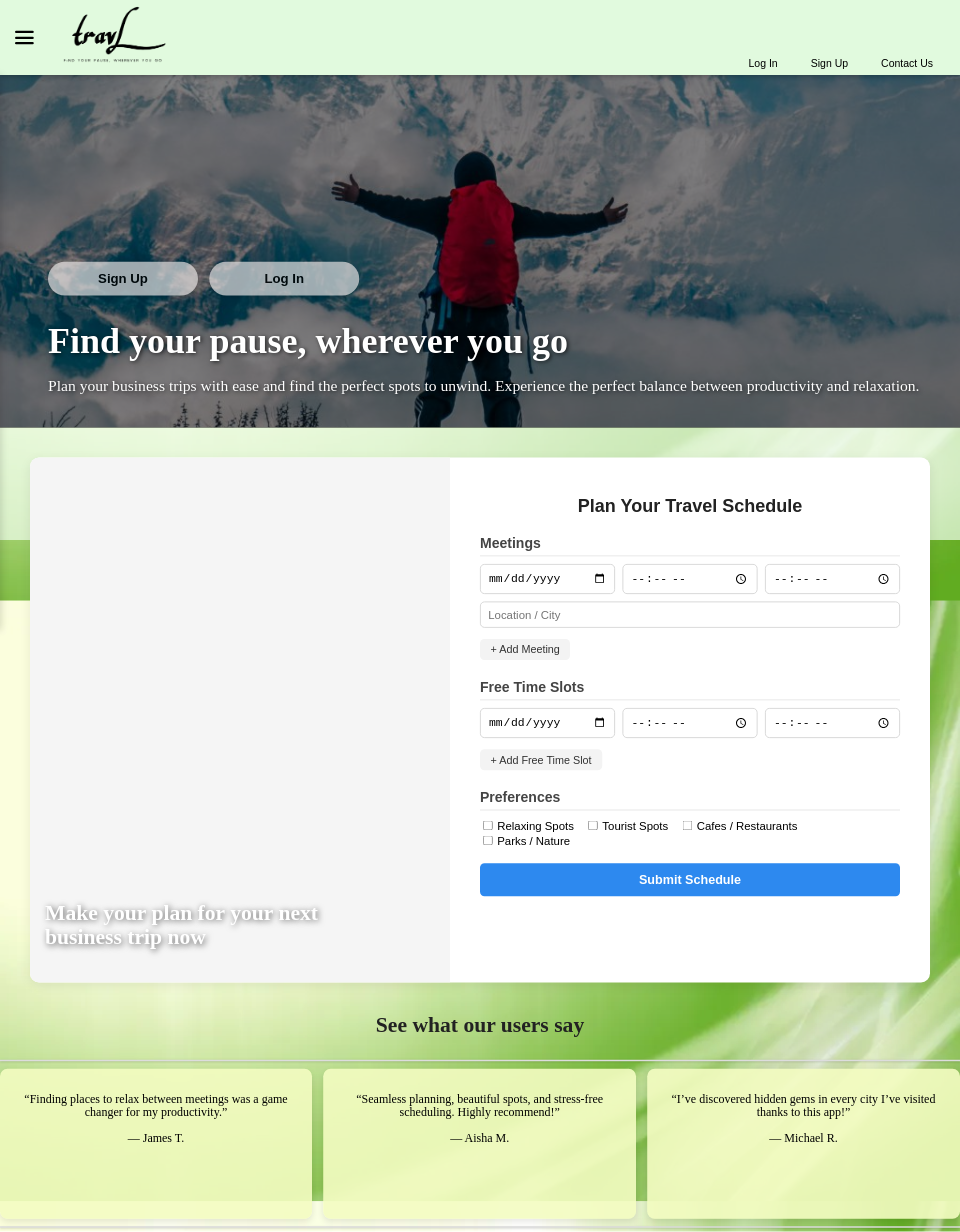
Repository: Nakib-Arman/Javafest25---travL
Page: / (app in Frontend/)
The author's editor kept a copy of each file at every save. The page is drawn from the files as they stood at one save, then again after the next save.
The browser window is 1280 px wide. The pictures show the whole page, at 75% of full size.
Pictures or frames that could not be fetched are drawn as grey boxes. Backgrounds fixed to the window are drawn as part of the page. The project was rebuilt for these pictures with package versions that can differ from the ones it lists, and the page was loaded fresh each time. Also part of the build but not shown: Frontend/vite.config.js.

Above is the page before, as saved 2025-08-14 19:47:01.

After the next save:
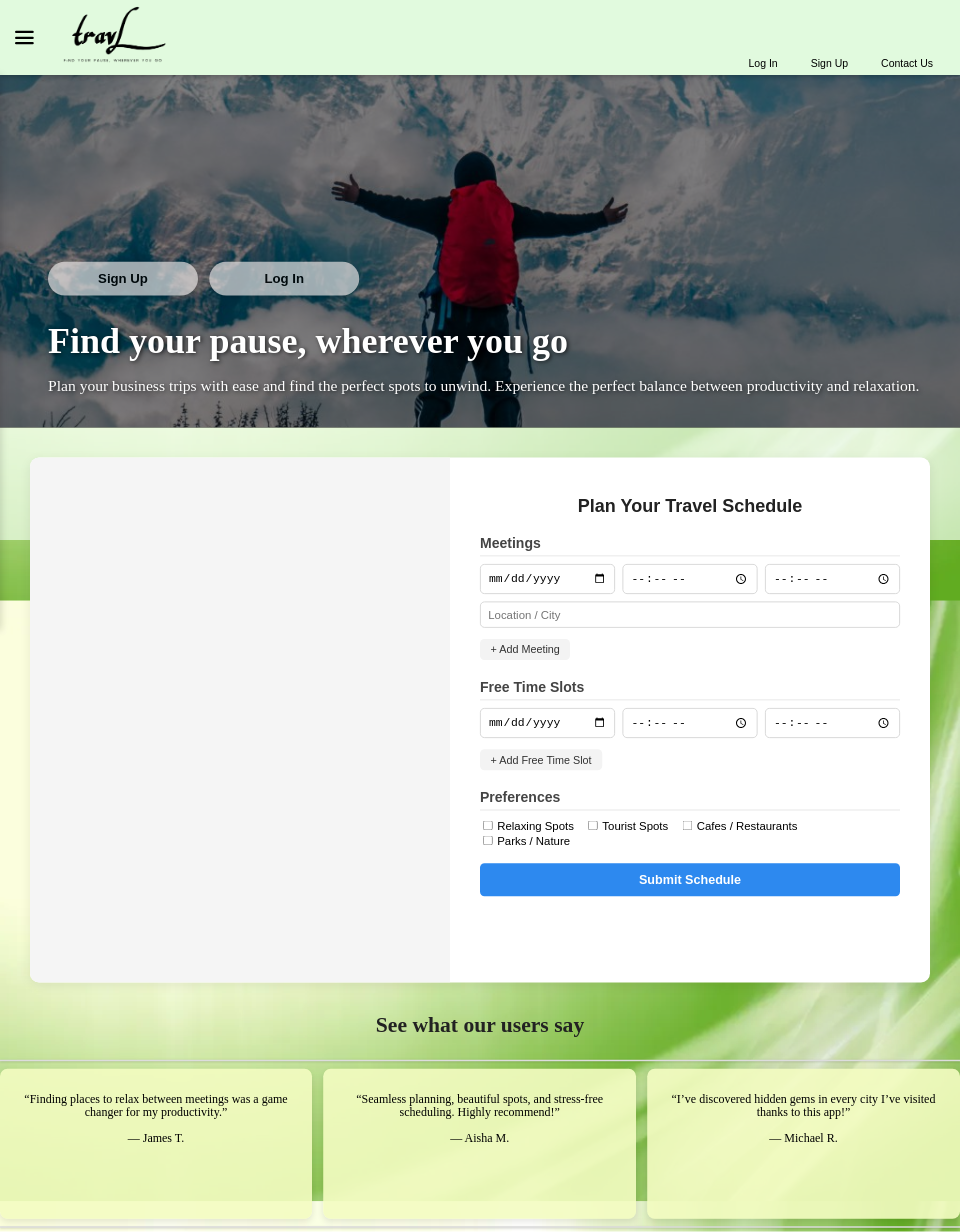
Saved 52 s later.
--- a/Frontend/src/Components/Planform.jsx
+++ b/Frontend/src/Components/Planform.jsx
@@ -40,7 +40,7 @@
     <div className="schedule-wrapper">
       {/* LEFT COLUMN */}
       <div className="schedule-left">
-        <h2>Make your plan for your next business trip now</h2>
+
       </div>
 
       {/* RIGHT COLUMN */}

After the save that followed:
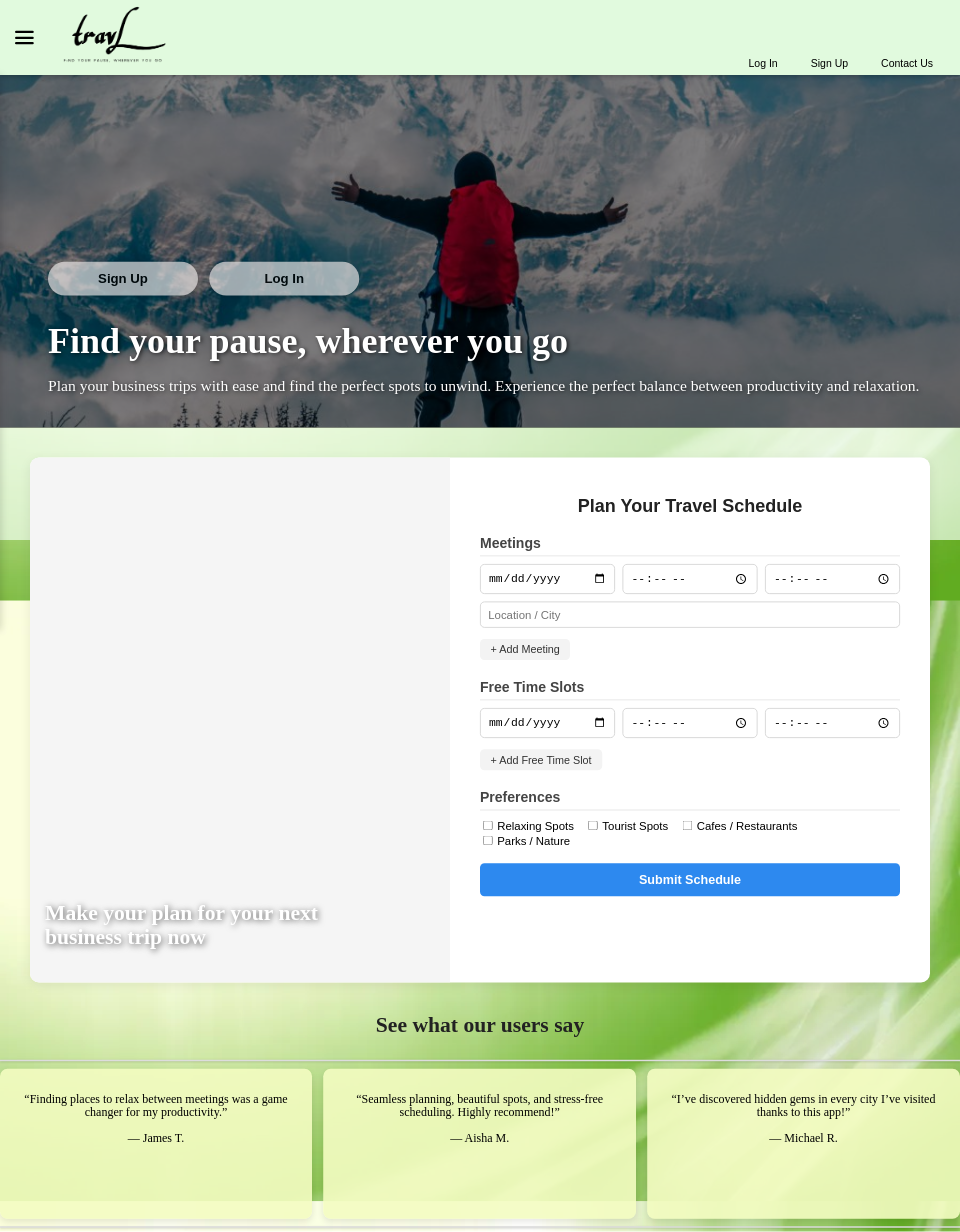
Saved 4 s later.
--- a/Frontend/src/Components/Planform.jsx
+++ b/Frontend/src/Components/Planform.jsx
@@ -40,7 +40,7 @@
     <div className="schedule-wrapper">
       {/* LEFT COLUMN */}
       <div className="schedule-left">
-
+        <h2>Make your plan for your next business trip now</h2>
       </div>
 
       {/* RIGHT COLUMN */}
